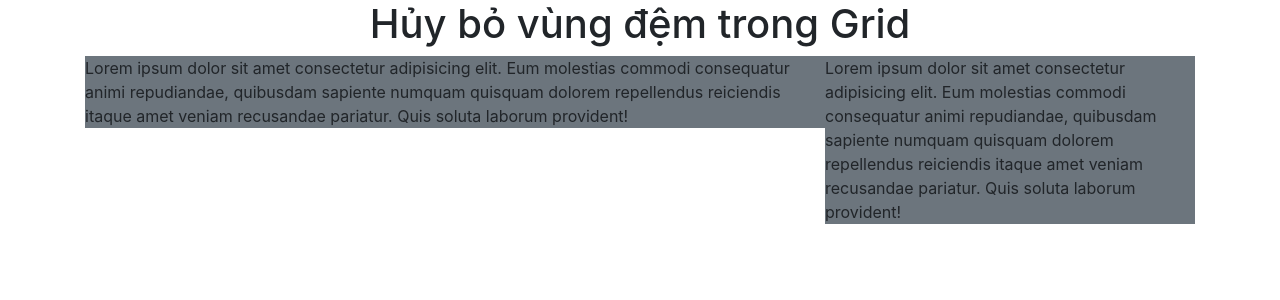
Repository: anhtu2110/front_end
Page: lesson/bootstrap/grid-layout/2.8-no-gutters.html
The author's editor kept a copy of each file at every save. The page is drawn from the files as they stood at one save, then again after the next save.
The browser window is 1280 px wide. The pictures show the whole page.

Above is the page before, as saved 2022-12-01 18:07:54.

After the next save:
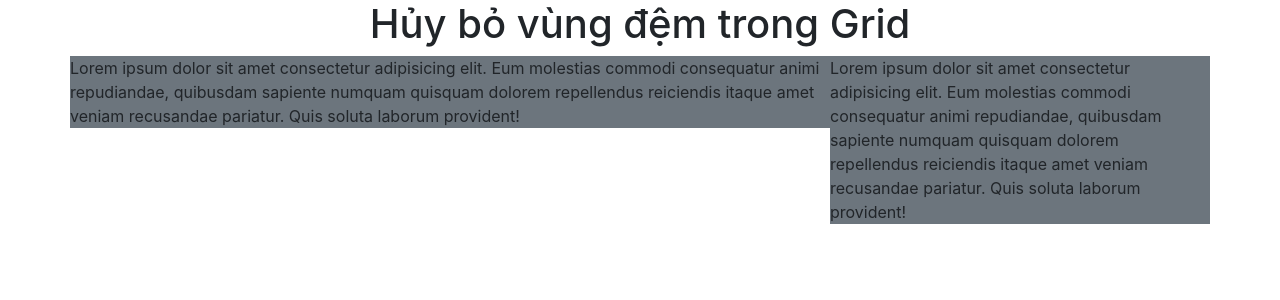
Saved 10 s later.
--- a/lesson/bootstrap/grid-layout/2.8-no-gutters.html
+++ b/lesson/bootstrap/grid-layout/2.8-no-gutters.html
@@ -4,7 +4,7 @@
     <meta charset="UTF-8" />
     <meta http-equiv="X-UA-Compatible" content="IE=edge" />
     <meta name="viewport" content="width=device-width, initial-scale=1.0" />
-    <link rel="stylesheet" href="./bootstrap/css/bootstrap.min.css" />
+    <link rel="stylesheet" href="./bootstrap/css/bootstrap.css" />
     <title>Hủy bỏ vùng đệm trong Grid</title>
   </head>
   <body>
